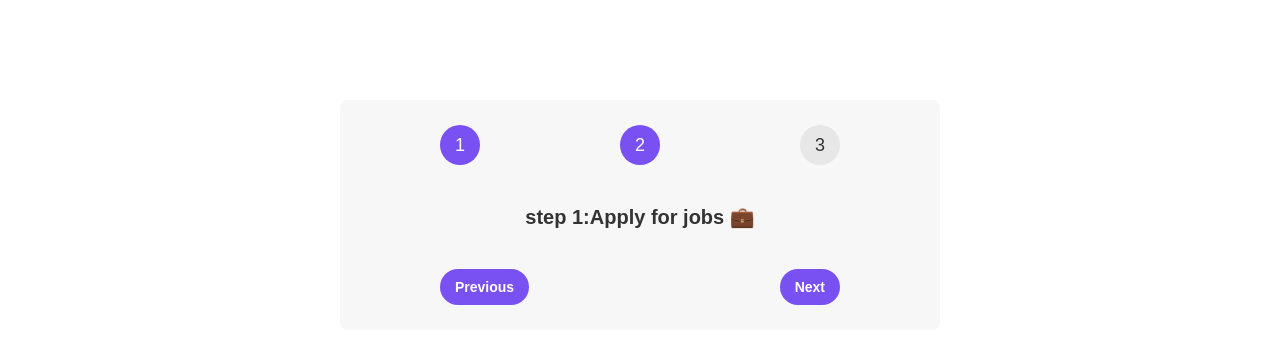
Repository: masamichan/steps
Page: /
An editor plug-in stored every save of this project. The page is shown before and after the next save, followed by the edit.
The browser window is 1280 px wide. The pictures show the whole page.
The project was rebuilt for these pictures with package versions that can differ from the ones it lists, and the page was loaded fresh each time.

Above is the page before, as saved 2023-12-31 09:18:07.

After the next save:
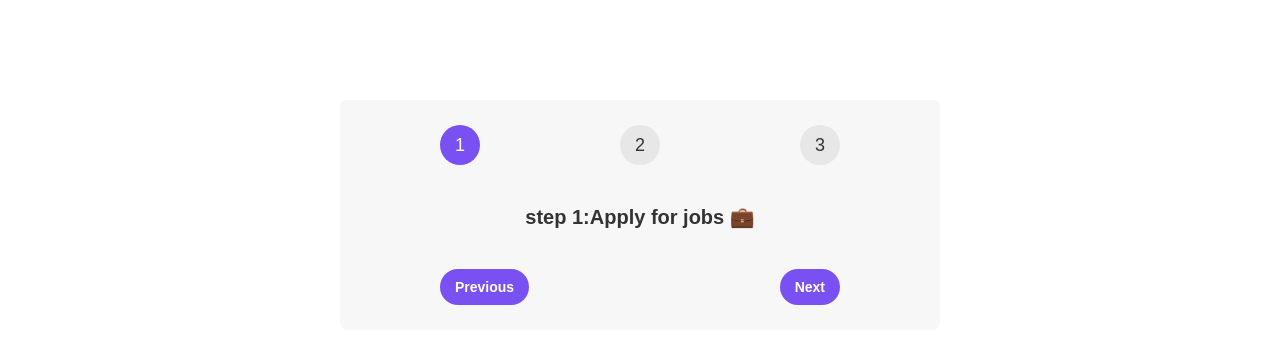
Saved 24 s later.
--- a/src/App.js
+++ b/src/App.js
@@ -20,9 +20,9 @@ export default function App() {
   return (
     <div className="steps">
       <div className="numbers">
-        <div className={`${step >= 0 ? "active" : ""}`}>1</div>
-        <div className={`${step >= 1 ? "active" : ""}`}>2</div>
-        <div className={`${step >= 2 ? "active" : ""}`}>3</div>
+        <div className={`${step >= 1 ? "active" : ""}`}>1</div>
+        <div className={`${step >= 2 ? "active" : ""}`}>2</div>
+        <div className={`${step >= 3 ? "active" : ""}`}>3</div>
       </div>
       <p className="message">
         step {step}:{messages[step]}
